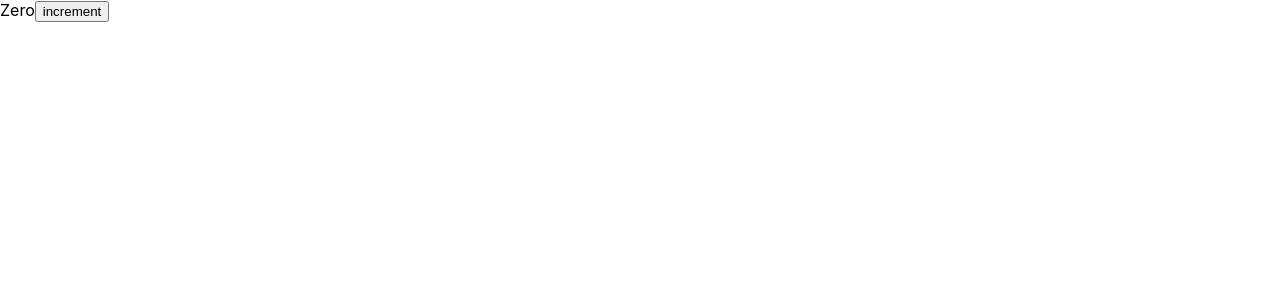
Repository: AvinashLikesToLearnNewStuff/Counter_app
Page: /
An editor plug-in stored every save of this project. The page is shown before and after the next save, followed by the edit.
The browser window is 1280 px wide. The pictures show the whole page.
The project was rebuilt for these pictures with package versions that can differ from the ones it lists, and the page was loaded fresh each time. Also part of the build but not shown: src/components/navbar.jsx, src/App.css, src/App.js. Imported but missing from the stored project, and not drawn on this page: src/components/counters.

Above is the page before, as saved 2023-02-27 13:03:38.

### src/index.js
import React from "react";
import ReactDOM from "react-dom/client";
import "./index.css";
import App from "./App";
import reportWebVitals from "./reportWebVitals";
import Counter from "./components/counter";

const root = ReactDOM.createRoot(document.getElementById("root"));
root.render(
  <React.StrictMode>
    <Counter />
  </React.StrictMode>
);

// If you want to start measuring performance in your app, pass a function
// to log results (for example: reportWebVitals(console.log))
// or send to an analytics endpoint. Learn more: https://bit.ly/CRA-vitals
reportWebVitals();

### src/components/counter.jsx
import React, { Component } from "react";

class Counter extends Component {
  state = {
    count: 0,
    imageUrl: "https://picsum.photos/200",
  };

  render() {
    return (
      <div>
        <span className="badge badge-primary">{this.formatCount()}</span>
        <button>increment</button>
      </div>
    );
  }

  formatCount() {
    const { count } = this.state;
    return count === 0 ? "Zero" : count;
  }
}

export default Counter;

Loaded but not shown: public/index.html (common file); src/index.css (common file); src/reportWebVitals.js (common file)

After the next save:
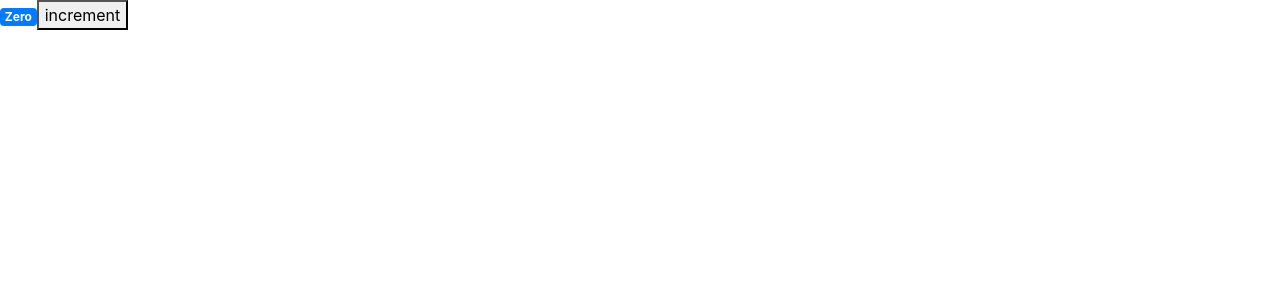
Saved 4 min 39 s later.
--- a/src/index.js
+++ b/src/index.js
@@ -4,6 +4,7 @@ import "./index.css";
 import App from "./App";
 import reportWebVitals from "./reportWebVitals";
 import Counter from "./components/counter";
+import "bootstrap/dist/css/bootstrap.css";
 
 const root = ReactDOM.createRoot(document.getElementById("root"));
 root.render(
